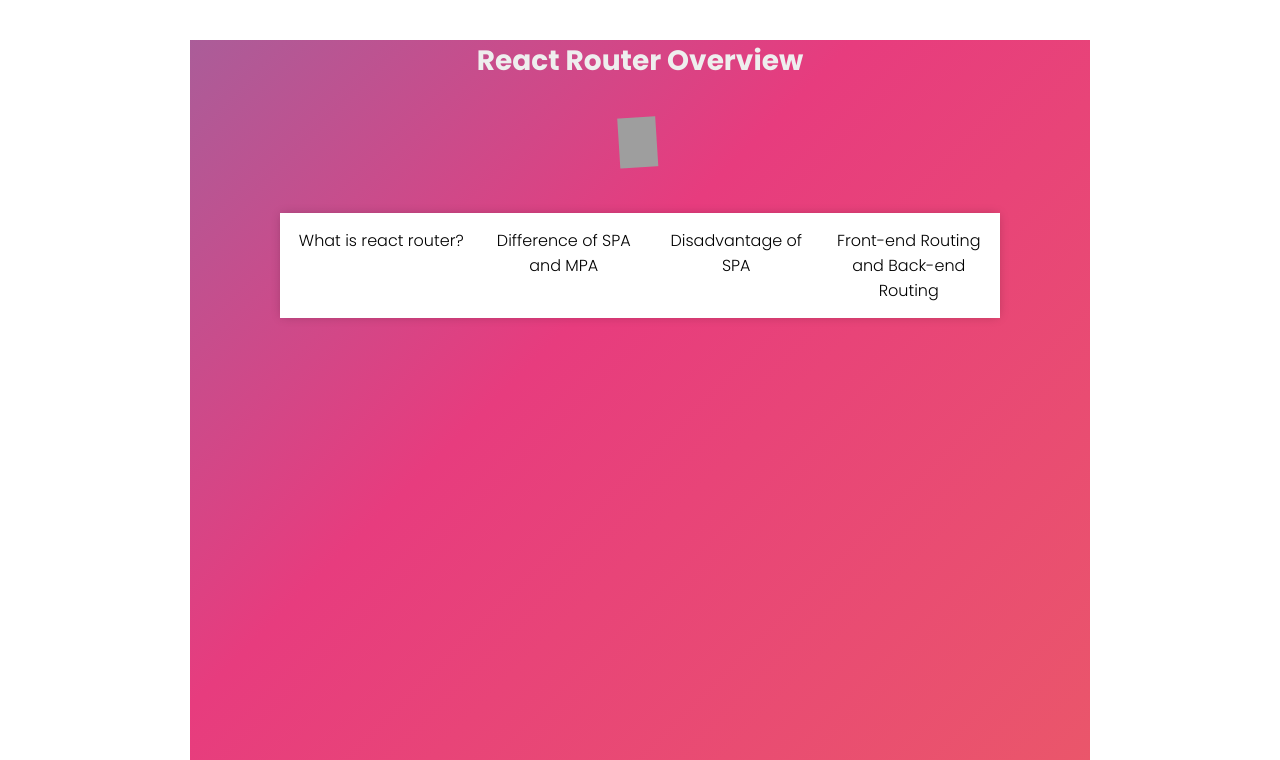
Repository: nguy3nds/2021-18-9-react
Page: /Why
An editor plug-in stored every save of this project. The page is shown before and after the next save, followed by the edit.
The browser window is 1280 px wide. The pictures show the whole page.
Pictures or frames that could not be fetched are drawn as grey boxes. The project was rebuilt for these pictures with package versions that can differ from the ones it lists, and the page was loaded fresh each time. Also part of the build but not shown: src/components/What.js, src/components/Why.js, src/components/How.js, src/components/Tung.js.

Above is the page before, as saved 2021-09-20 08:48:36.

### src/App.js
import React from "react";
import { BrowserRouter as Router, Switch, Route, Link } from "react-router-dom";
import "./App.css";
import What from "./components/What.js";
import How from "./components/Why";
import Why from "./components/How";
import Tung from "./components/Tung";

import styled, { keyframes } from "styled-components";
const logo =
  "https://lh6.googleusercontent.com/m9VlRb9FHZcqWTBz0msD2FZGpSQs84aAOwwniApLbL1oZWSDJsg4opq2uc81QzPWDtx5QJ2DeO12CFeol6vqJXcSOyp10LGoOW3K_wXIp3UDuQt1XhXE5KeUC8Epkj2hO51asKYe";

export default function App() {
  return (
    <Router>
      <DivContainer>
        <h1>React Router Overview</h1>
        <Rotate>
          <img
            src={logo}
            className="App-logo"
            alt="logo"
            style={{ width: "50px" }}
          />
        </Rotate>
        <nav>
          <ul className="menu">
            <li className="menu-item has-child">
              <Link to="/Nguyen">What is react router?</Link>
            </li>
            <li className="menu-item has-child">
              <Link to="/Mai">Difference of SPA and MPA</Link>
            </li>
            <li className="menu-item has-child">
              <Link to="/Nam">Disadvantage of SPA</Link>
            </li>
            <li className="menu-item has-child">
              <Link to="/Tung">Front-end Routing and Back-end Routing</Link>
            </li>
          </ul>
        </nav>

        <Switch>
          <Route path="/Nguyen">
            <What />
          </Route>
          <Route path="/Mai">
            <Why />
          </Route>
          <Route path="/Nam">
            <How />
          </Route>
          <Route path="/Tung">
            <Tung />
          </Route>
        </Switch>
      </DivContainer>
    </Router>
  );
}

const gradient = keyframes`
	0% {
		background-position: 0% 50%;
	}
	50% {
		background-position: 100% 50%;
	}
	100% {
		background-position: 0% 50%;
	}
`;

const DivContainer = styled.div`
  margin: 0 auto;
  text-align: center;
  min-height: 100vh;
  color: #eee;
  background: linear-gradient(-45deg, #ee7752, #e73c7e, #23a6d5, #23d5ab);
  background-size: 400% 400%;
  animation: ${gradient} 15s ease infinite;
  padding-bottom: 100px;
`;

const rotate360 = keyframes`
  from {
    transform: rotate(0deg);
  }

  to {
    transform: rotate(360deg);
  }
`;

const Rotate = styled.div`
  display: inline-block;
  animation: ${rotate360} 2s linear infinite;
  padding: 2rem 1rem;
  font-size: 1.2rem;
`;

### src/App.css
@import url("https://fonts.googleapis.com/css2?family=Poppins:wght@300;400;600;700&display=swap");
:root {
  --primary: #08aeea;
  --secondary: #13d2b8;
  --purple: #bd93f9;
  --pink: #ff6bcb;
  --blue: #8be9fd;
  --gray: #333;
  --font: "Poppins", sans-serif;
  --gradient: linear-gradient(40deg, #ff6ec4, #7873f5);
  --shadow: 0 0 15px 0 rgba(0, 0, 0, 0.05);
}
*,
*:before,
*:after {
  box-sizing: border-box;
}
html {
  font-size: 62.5%;
  text-align: center;
}

body {
  font-family: var(--font);
  font-size: 1.4rem;
  overflow-x: hidden;
  font-weight: 300;
  width: 900px;
  margin: 0 auto;
  margin-top: 40px;
}

img {
  max-width: 100%;
}

a {
  text-decoration: none;
  font-family: var(--font);
  font-size: 1.6rem;
  color: black;
}

input,
button,
textarea,
select {
  font-family: var(--font);
  font-size: 1.4rem;
  font-weight: 300;
  outline: none;
  border: 0;
  margin: 0;
  padding: 0;
  border-radius: 0;
  -webkit-appearance: none;
}

button {
  cursor: pointer;
}

.menu {
  position: relative;
  max-width: 800px;
  margin: 30px auto;
  display: grid;
  grid-template-columns: 1fr 1fr 1fr 1fr;
  justify-content: center;
  background-color: white;
  padding: 1.5rem;
  box-shadow: 0 0 10px -2px rgba(0, 0, 0, 0.25);
}

.menu-link {
  font-size: 1.4rem;
  color: #918eae;
  display: block;
}
.menu-link:hover {
  color: #202842;
}

.menu-child-link {
  display: flex;
  align-items: center;
  justify-content: space-between;
  padding: 1.5rem;
  color: #918eae;
}
.menu-child-item {
  position: relative;
}
.menu-child-link:hover {
  color: #202842;
}

.menu-toggle {
  display: none;
}
.nav {
  position: relative;
}
.arrow-right {
  display: none;
}
@media screen and (min-width: 1024px) {
  .arrow-down {
    display: none;
  }
  .arrow-right {
    display: block;
  }
  .menu-item:not(:first-child) {
    margin-left: 2rem;
  }
  .menu-child {
    position: absolute;
    top: 100%;
    left: 0;
    margin-top: 1rem;
    min-width: 20rem;
    background-color: white;
    box-shadow: var(--shadow);
    display: none;
  }
  .menu-child:before {
    content: "";
    position: absolute;
    top: 0;
    left: 0;
    width: 100%;
    height: 1rem;
    background-color: transparent;
    transform: translateY(-100%);
  }
  .menu-child1 {
    top: 0;
    left: 100%;
    margin-top: 0;
  }
  .menu-item.has-child:hover > .menu-child {
    display: block;
  }
  .menu-child-item.has-child:hover > .menu-child {
    display: block;
  }
}

ul {
  padding: 0;
  width: 80%;
  margin: 0 auto;
}

ul li {
  list-style: none;
  padding: 0;
}
@media screen and (max-width: 1023px) {
  .menu {
    position: absolute;
    right: 0;
    top: 100%;
    min-width: 20rem;
    background-color: white;
    box-shadow: var(--shadow);
    flex-direction: column;
    display: none;
    z-index: 100;
  }
  .menu.show,
  .menu-child.show {
    display: block;
  }
  .menu-item:not(:last-child) {
    border-bottom: 1px solid #eee;
  }
  .menu-link {
    padding: 1.5rem;
    display: flex;
    justify-content: space-between;
    align-items: center;
  }
  .menu-child {
    display: none;
    background-color: #f6f6f6;
  }
  .menu-child1 {
    background-color: #eee;
  }
  .menu-toggle {
    width: max-content;
    font-size: 2rem;
    display: block;
    margin-left: auto;
    cursor: pointer;
  }
}

Loaded but not shown: public/index.html (common file); src/index.js (common file); src/index.css (common file); src/reportWebVitals.js (common file)

After the next save:
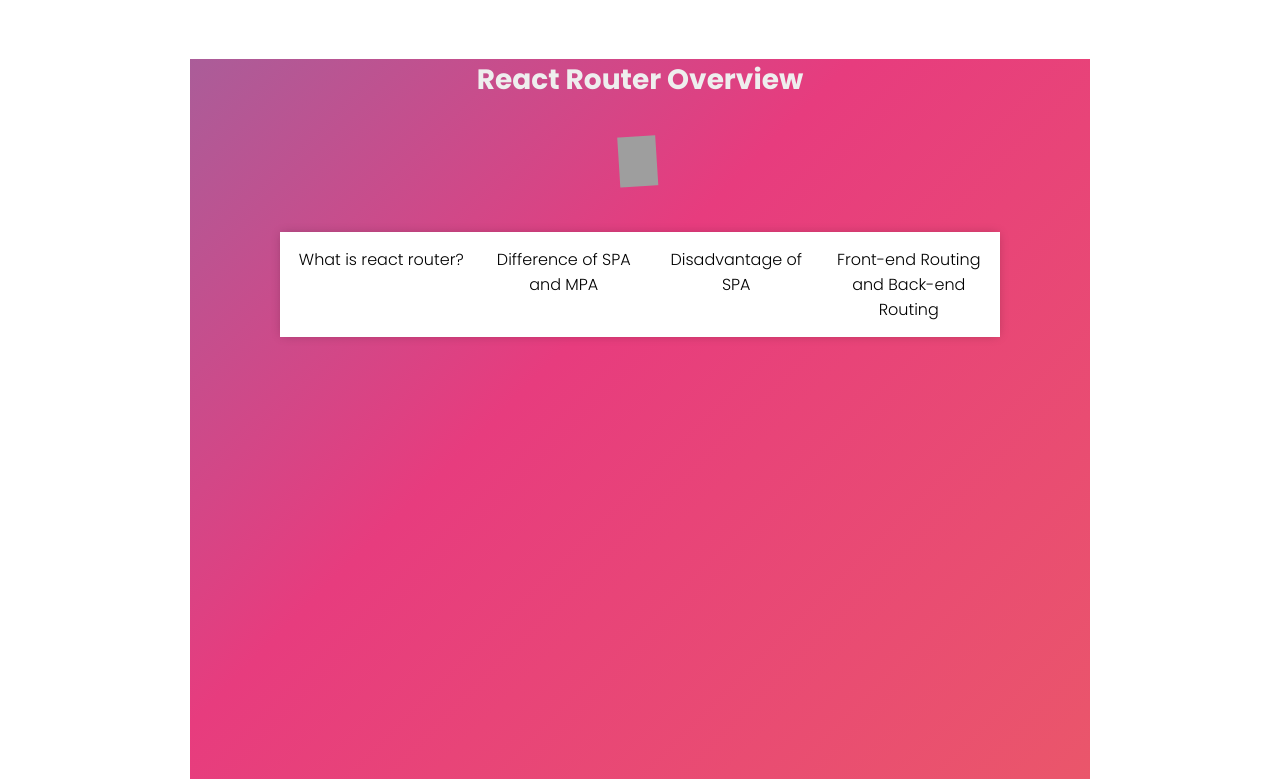
Saved 11 s later.
--- a/src/App.css
+++ b/src/App.css
@@ -27,7 +27,7 @@ body {
   font-weight: 300;
   width: 900px;
   margin: 0 auto;
-  margin-top: 40px;
+  padding-top: 40px;
 }
 
 img {
